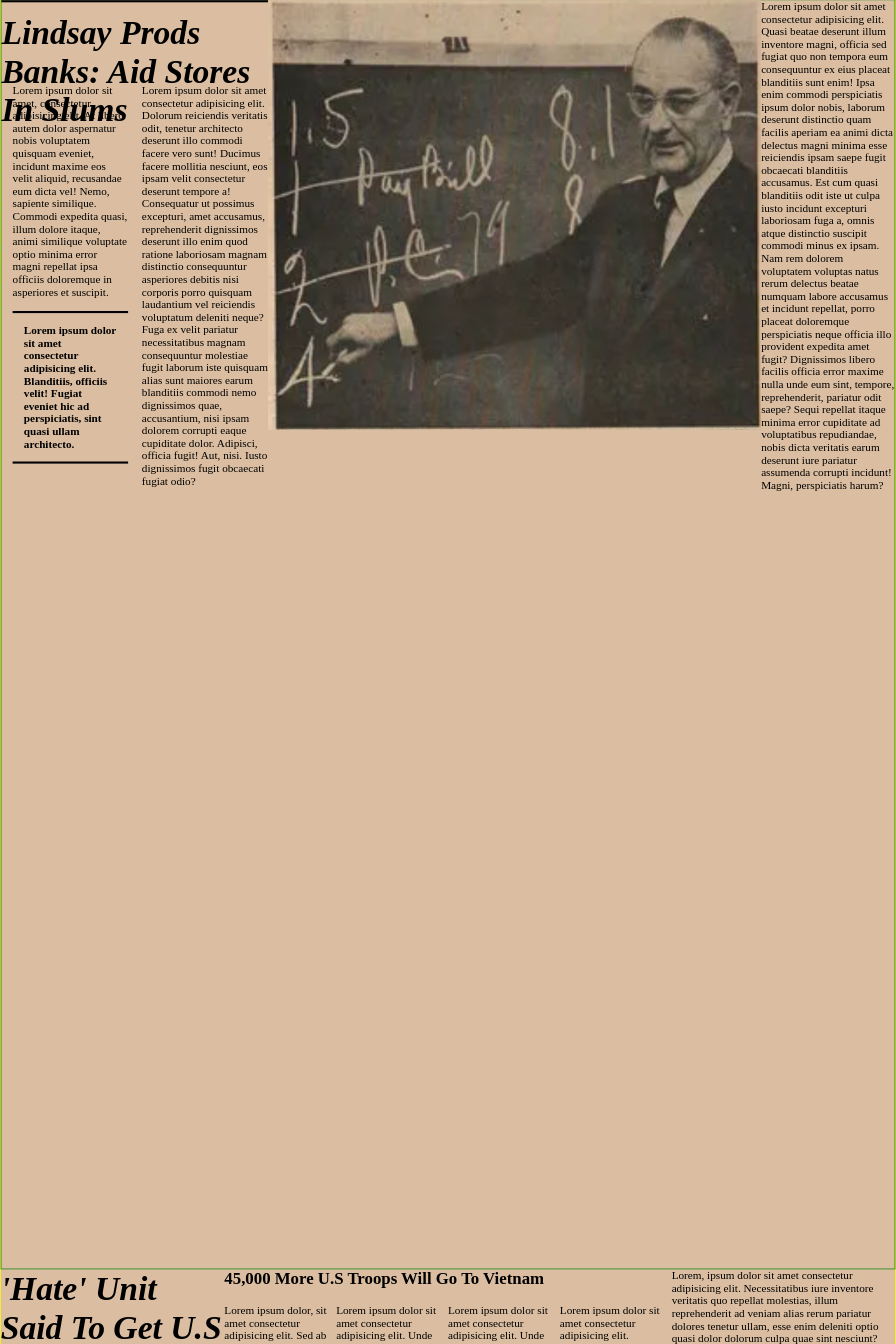
Repository: Arkitecth/newspaper-grid
Page: index.html
The author's editor kept a copy of each file at every save. The page is drawn from the files as they stood at one save, then again after the next save.
The browser window is 1280 px wide. The pictures show the part of the page from y = 436 to 2356 px (the page is 5878 px tall before and 2954 px after), at 70% of full size.

Above is the page before, as saved 2023-05-29 20:18:11.

After the next save:
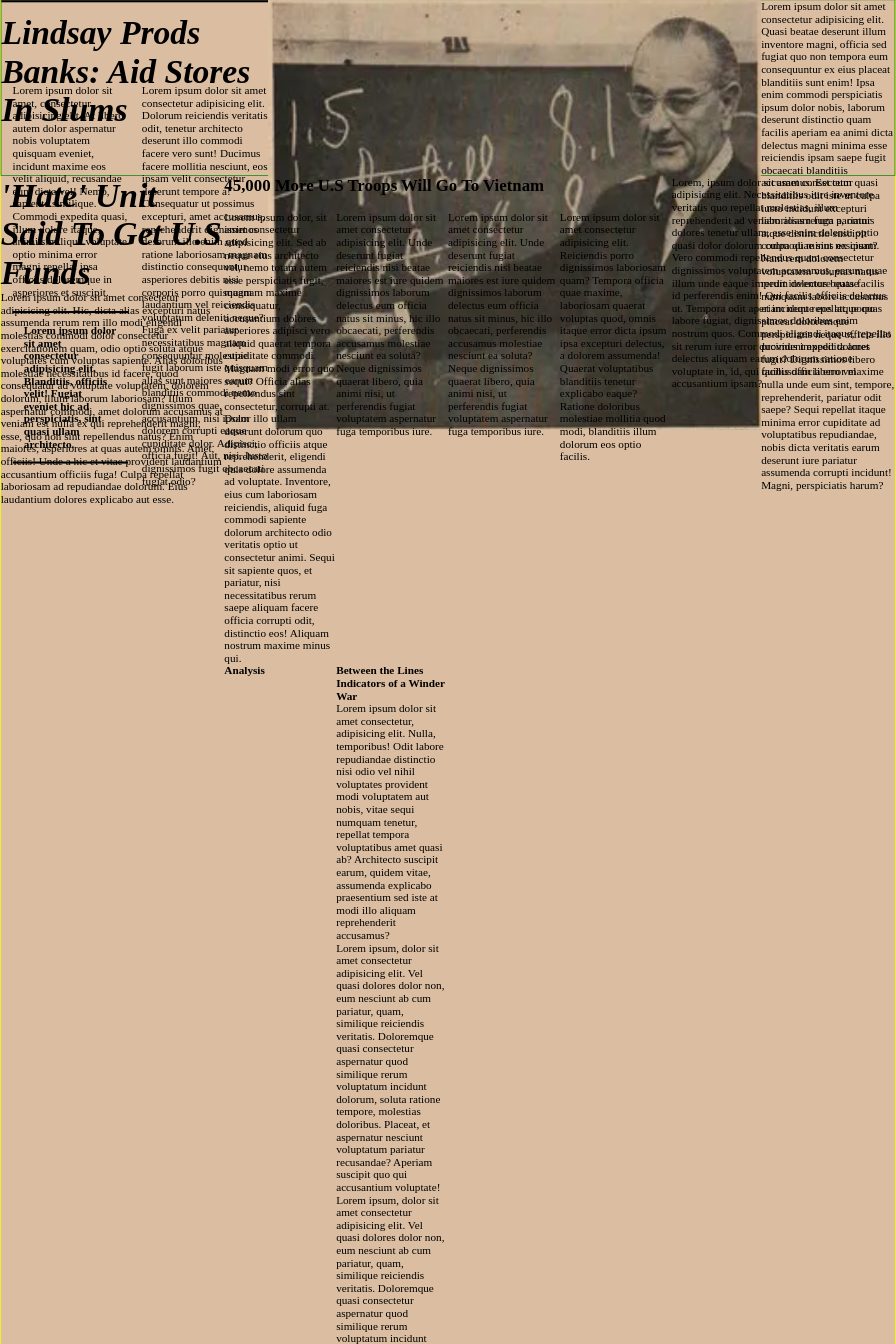
Saved 23 s later.
--- a/styles.css
+++ b/styles.css
@@ -47,7 +47,7 @@
 
 .main-grid{
     display: grid;
-    grid-template-rows: 1fr 1fr 1fr;
+    grid-template-rows: 10% 10% 1fr;
     padding-top: 20px;
     border: 1px solid yellow
 
